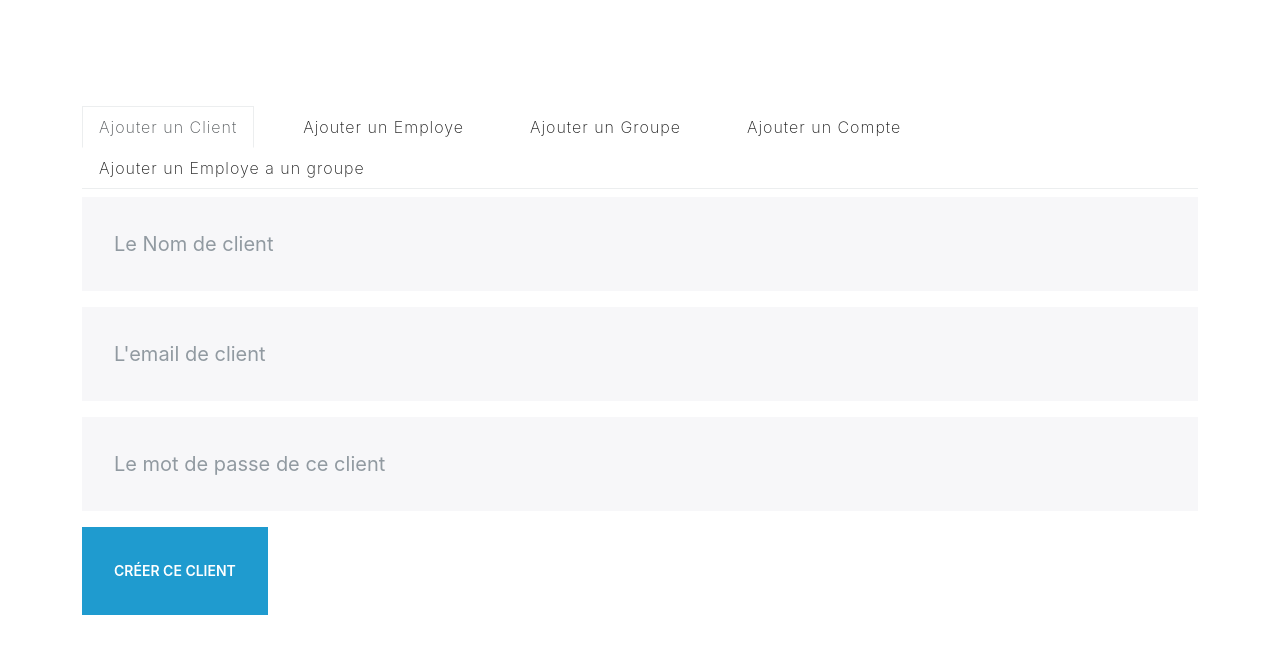
Repository: gal1aoui/BankManagement-AdminActions-JEE
Page: http://localhost/ProjectWeb/Create.jsp
These files come from the project's save history. The page is drawn as it stood at one moment and after the next save; the edit follows.
The browser window is 1280 px wide. The pictures show the whole page.
Some web fonts or font styles are not loaded; a fallback is used. The page is served by Tomcat 9. Nobody is signed in. The application's start-up code is not run. The template is opened directly, without the code that normally fills it, so the values that code supplies are empty.

Above is the page before, as saved 2021-12-28 14:49:16.

After the next save:
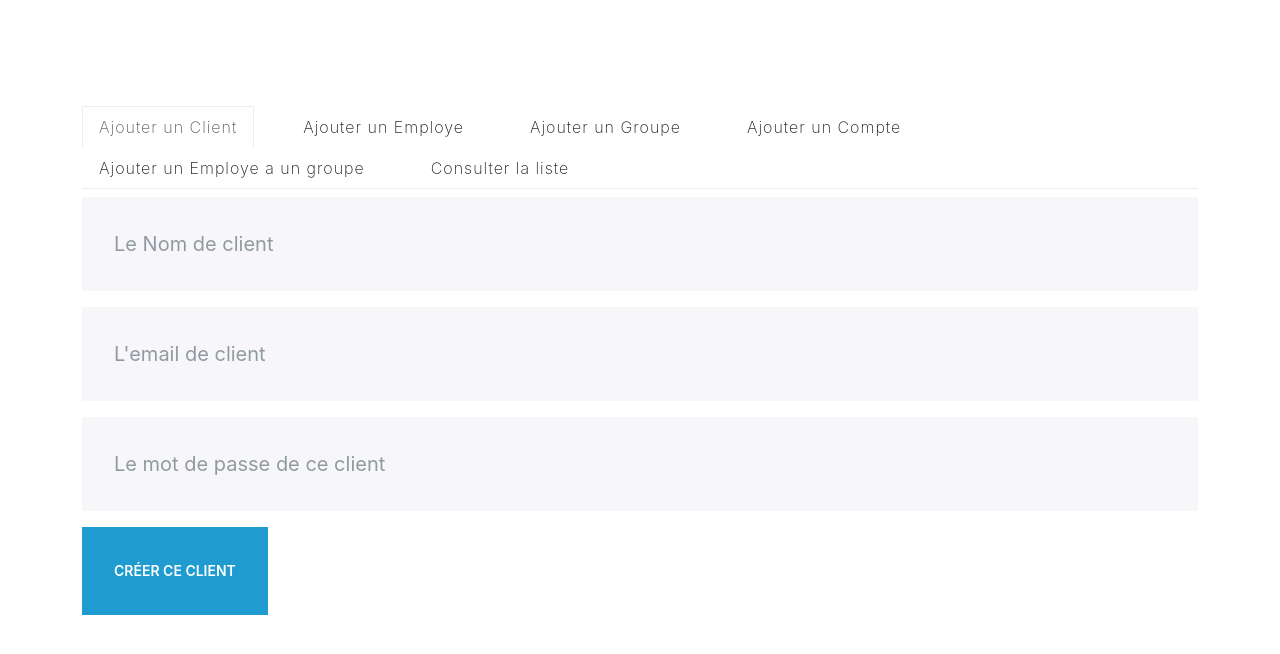
Saved 2 min 46 s later.
--- a/ProjectWeb/WebContent/Create.jsp
+++ b/ProjectWeb/WebContent/Create.jsp
@@ -44,6 +44,9 @@ if(op == "Courant"){
   				</li>
   				<li class="nav-item">
     				<a class="nav-link" data-bs-toggle="tab" href="#empGrp">Ajouter un Employe a un groupe</a>
+  				</li>
+  				<li class="nav-item">
+    				<a class="nav-link">Consulter la liste</a>
   				</li>
 			</ul>
 	<div id="myTabContent" class="tab-content mt-2">
